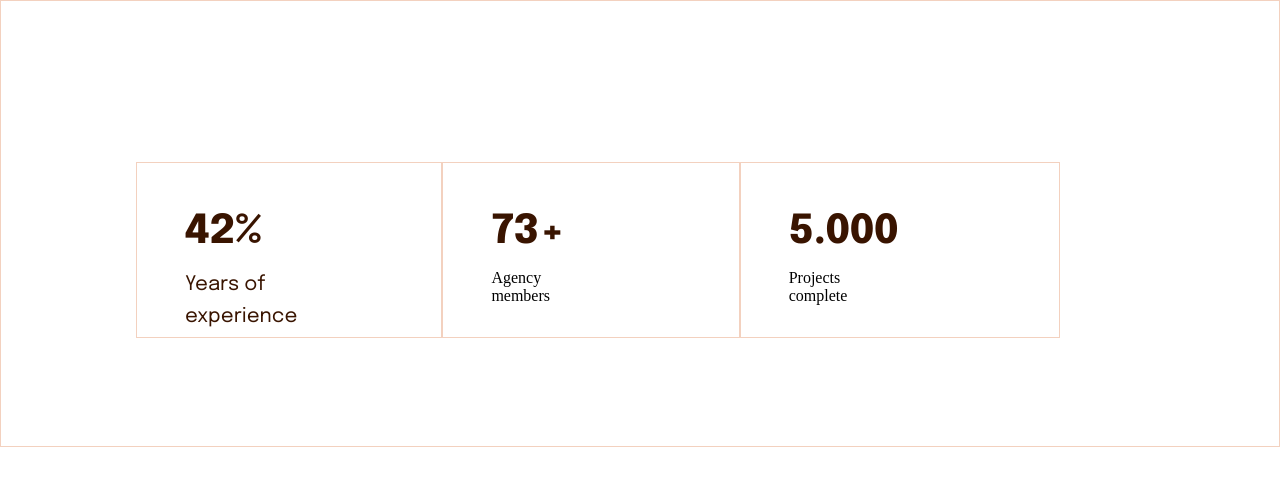
Repository: simralgasimov/task6
Page: index.html
An editor plug-in stored every save of this project. The page is shown before and after the next save, followed by the edit.
The browser window is 1280 px wide. The pictures show the whole page.

Above is the page before, as saved 2023-08-30 13:12:57.

After the next save:
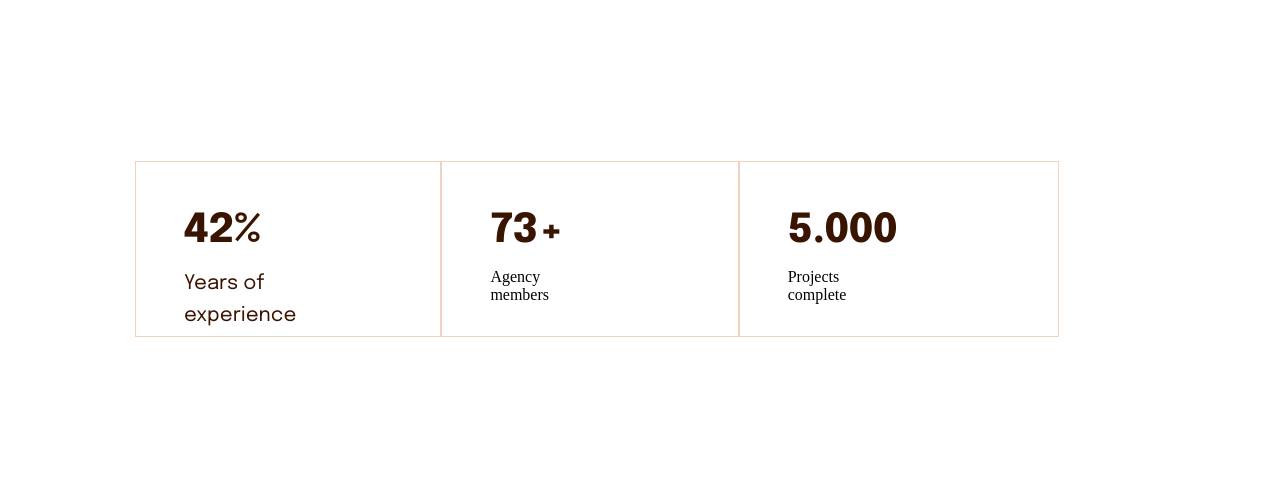
Saved 14 s later.
--- a/index.css
+++ b/index.css
@@ -8,7 +8,6 @@
 
 .container {
   padding: 161px 131px 108px 135px;
-  border: 1px solid #f3d1bf;
 }
 
 .container-1 ul {
